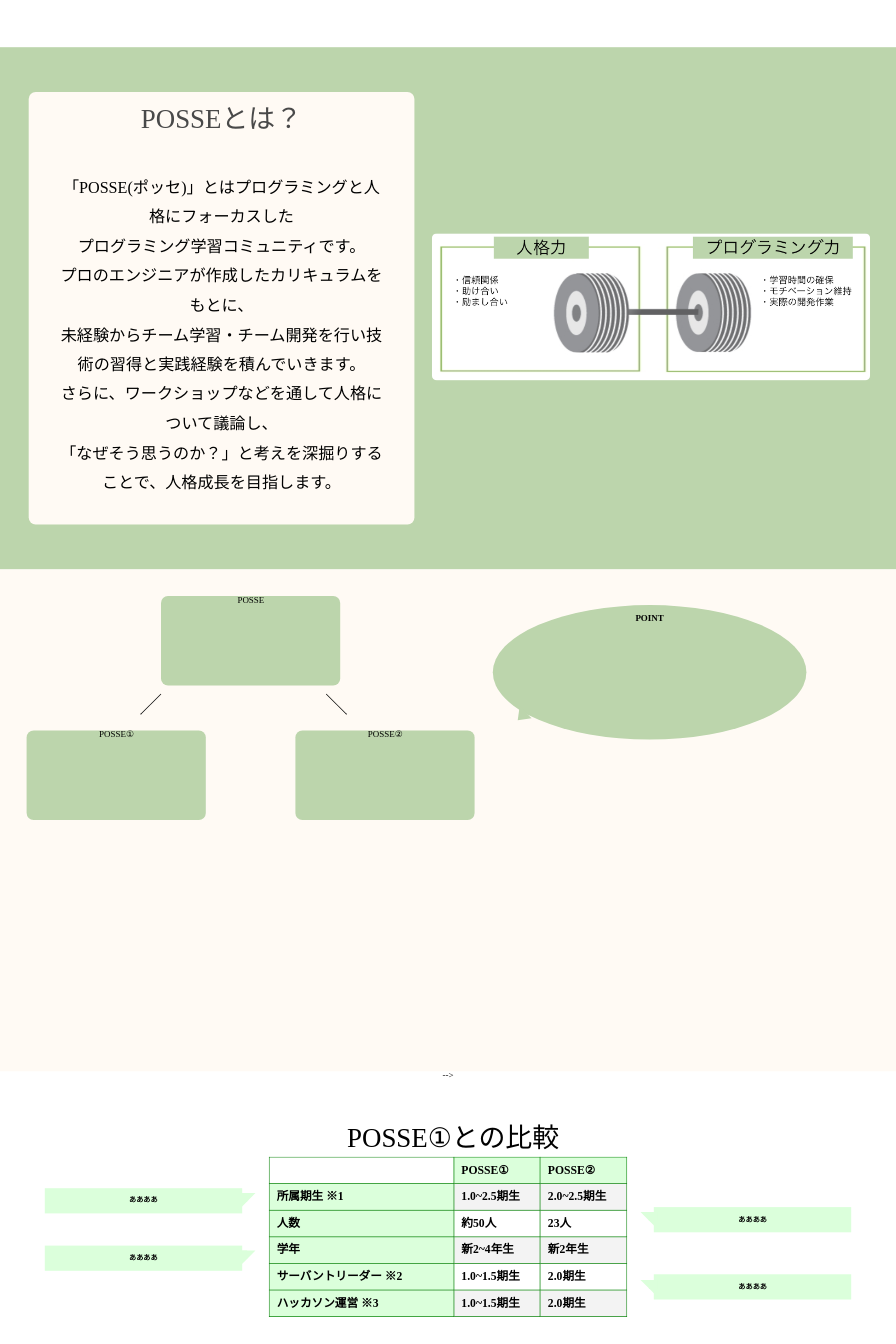
Repository: posse-ap/posse2-hackathon-202202-team2A
Page: topPage/index.html
An editor plug-in stored every save of this project. The page is shown before and after the next save, followed by the edit.
The browser window is 1280 px wide. The pictures show the part of the page from y = 2278 to 4198 px (the page is 6834 px tall), at 70% of full size.
Some web libraries are served in a nearby version.

Above is the page before, as saved 2022-02-15 15:16:05.
Console error (its wording comes from the project's code and is left out).

After the next save:
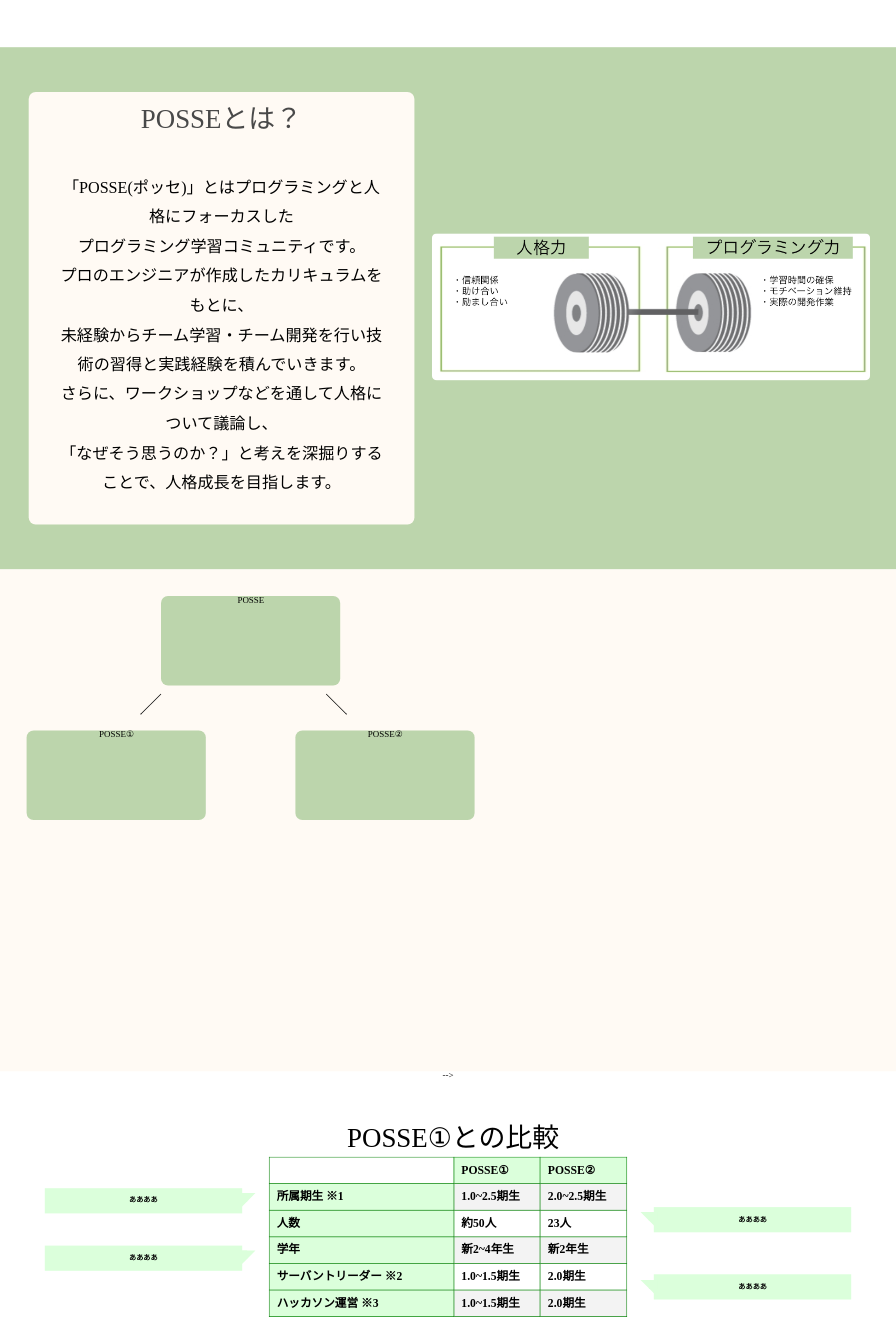
Saved 5 min 26 s later.
--- a/topPage/index.html
+++ b/topPage/index.html
@@ -109,9 +109,9 @@
             <nav class="stick_arrow1"></nav>
             <nav class="stick_arrow2"></nav>
         </div>
-        <div class="balloon3-right-btm">
+        <!-- <div class="balloon3-right-btm">
             POINT
-        </div>
+        </div> -->
         <div class="split_section_content2">
         </div>
     </section> -->
